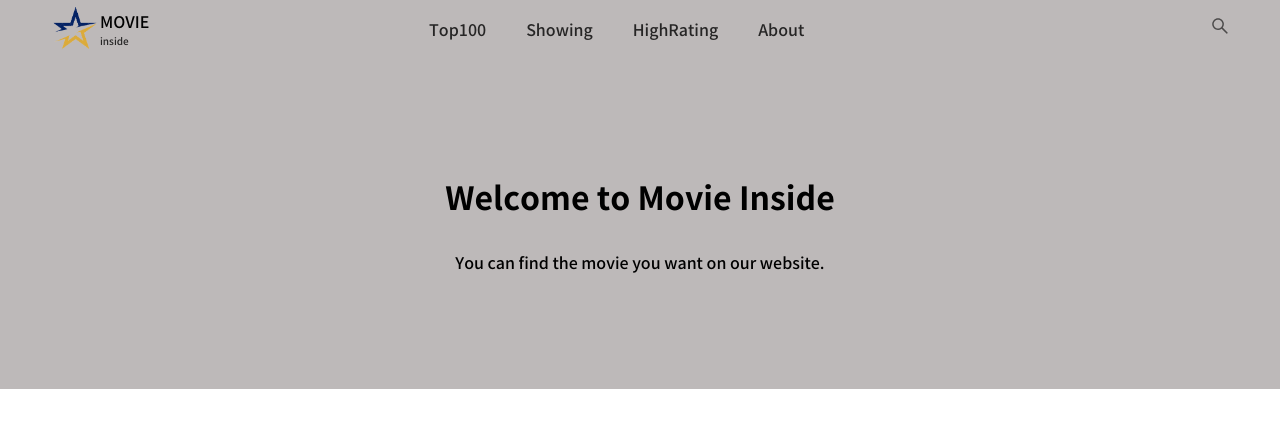
Repository: yangddoddi/Movie-Inside
Page: /
These files come from the project's save history. The page is drawn as it stood at one moment and after the next save; the edit follows.
The browser window is 1280 px wide. The pictures show the whole page.
The project was rebuilt for these pictures with package versions that can differ from the ones it lists, and the page was loaded fresh each time. Also part of the build but not shown: src/App.css, src/routes/Detail.js.

Above is the page before, as saved 2022-05-02 19:46:47.

After the next save:
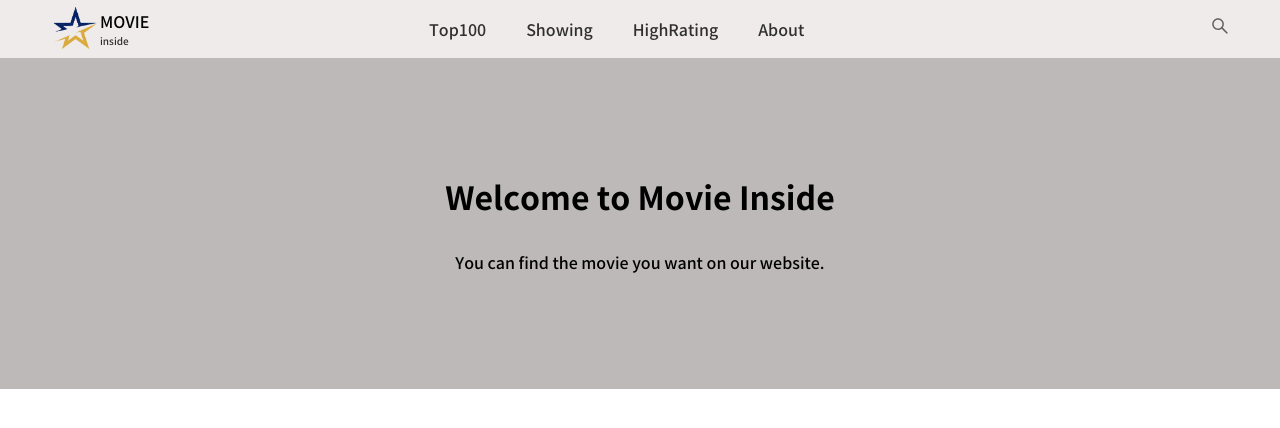
Saved 16 s later.
--- a/src/components/Nav.module.scss
+++ b/src/components/Nav.module.scss
@@ -2,7 +2,7 @@
 
 
 .nav {
-    background-color: #bdb9b9;
+    background-color: #efebeb;
     width: 100%;
     height: 8vh;
     padding: 10px 50px 10px 50px;
